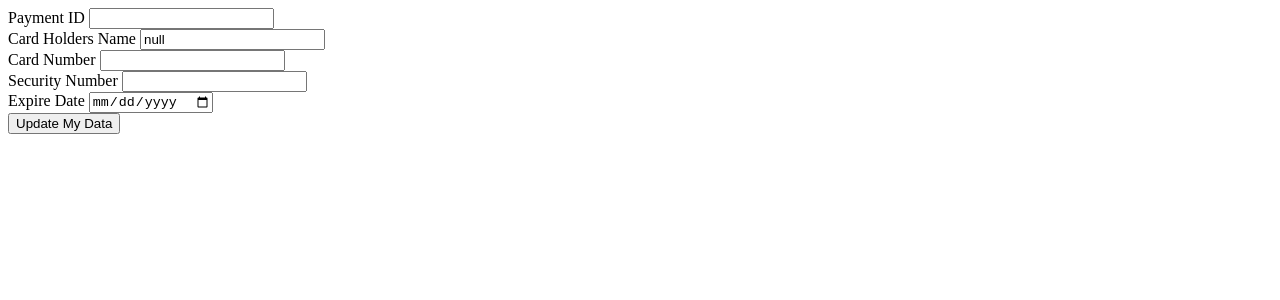
Repository: sandeepa9803/OOP---Online-Travel-web-application
Page: http://localhost/PaymentNew/updatepayment.jsp
An editor plug-in stored every save of this project. The page is shown before and after the next save, followed by the edit.
The browser window is 1280 px wide. The pictures show the whole page.
The page is served by Tomcat 9.

Above is the page before, as saved 2021-10-10 04:08:13.

After the next save:
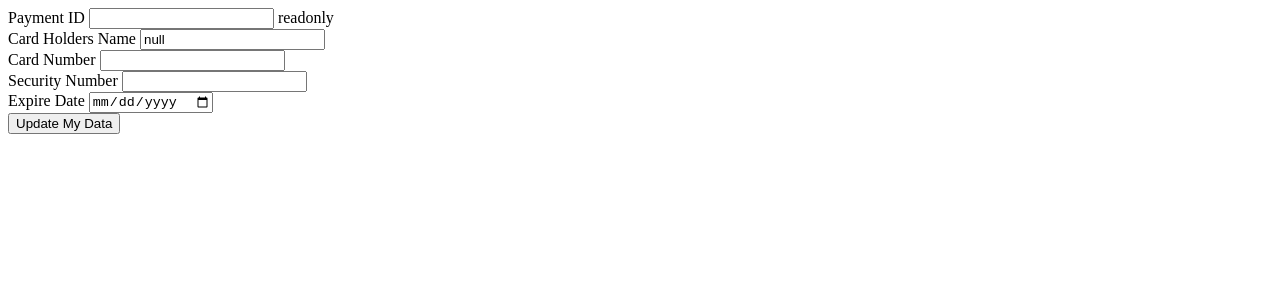
Saved 35 min 18 s later.
--- a/PaymentNew/WebContent/updatepayment.jsp
+++ b/PaymentNew/WebContent/updatepayment.jsp
@@ -17,7 +17,7 @@
    %>
 
     <form action="#" method ="post" >
-    Payment ID <input type ="number" name="paymentid" value="<%=PaymentID%>"><br>
+    Payment ID <input type ="number" name="paymentid" value="<%=PaymentID%>"> readonly<br>
     Card Holders Name <input type ="text" name="cardholder" value="<%=CardHoldersName%>"><br>
     Card Number <input type ="number" name="cardnum" value="<%=CardNumber%>"><br>
     Security Number <input type ="number" name="cvcnum" value="<%=SecurityCode%>"><br>

After the save that followed:
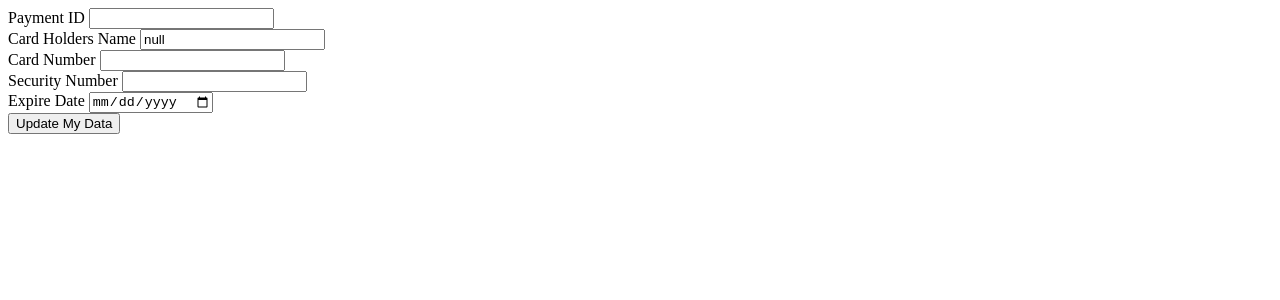
Saved 2 min 27 s later.
--- a/PaymentNew/WebContent/updatepayment.jsp
+++ b/PaymentNew/WebContent/updatepayment.jsp
@@ -17,7 +17,7 @@
    %>
 
     <form action="#" method ="post" >
-    Payment ID <input type ="number" name="paymentid" value="<%=PaymentID%>"> readonly<br>
+    Payment ID <input type ="number" name="paymentid" value="<%=PaymentID%>"> <br>
     Card Holders Name <input type ="text" name="cardholder" value="<%=CardHoldersName%>"><br>
     Card Number <input type ="number" name="cardnum" value="<%=CardNumber%>"><br>
     Security Number <input type ="number" name="cvcnum" value="<%=SecurityCode%>"><br>
